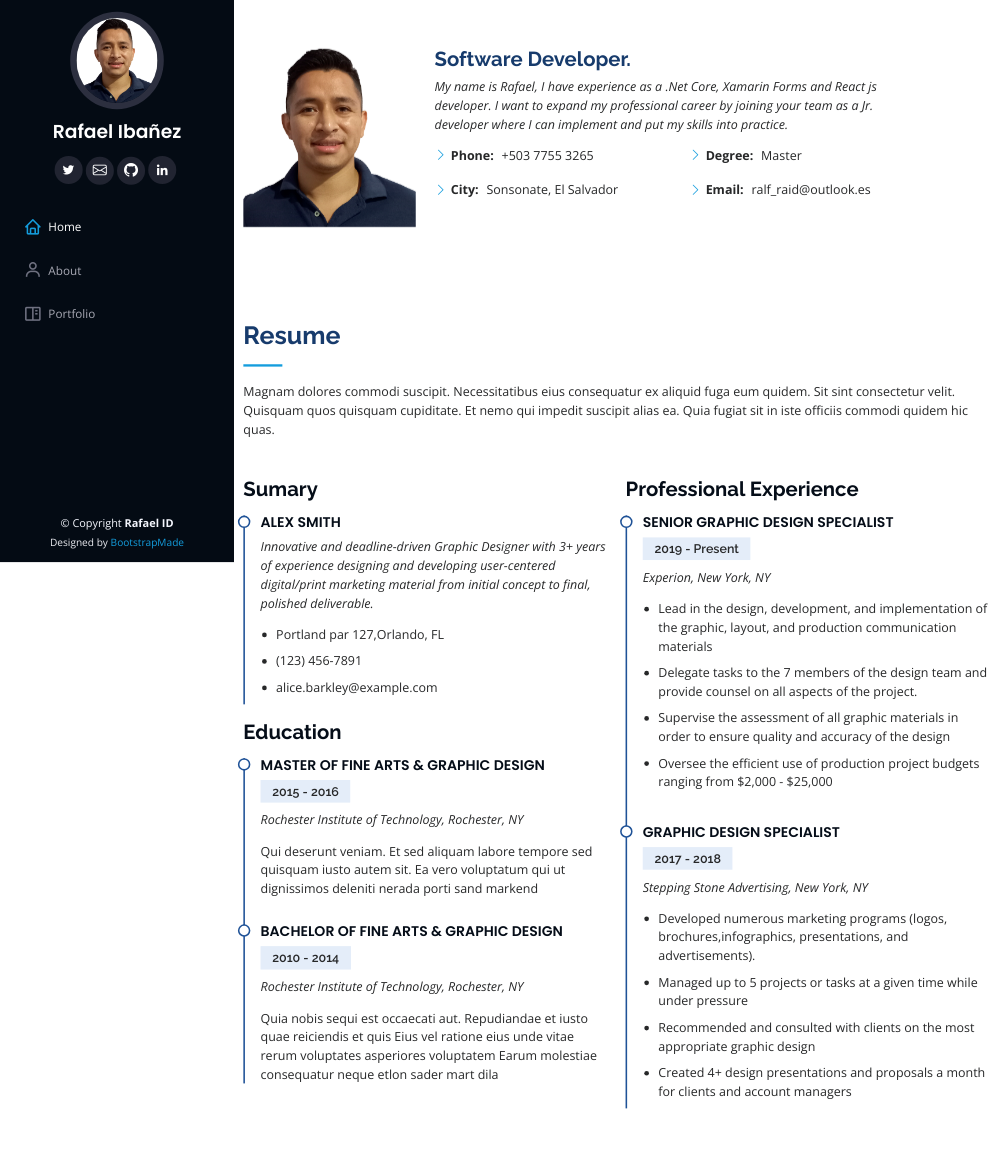
Repository: ralfId/myportfolio
Page: /about
The author's editor kept a copy of each file at every save. The page is drawn from the files as they stood at one save, then again after the next save.
The browser window is 1280 px wide. The pictures show the whole page, at 78% of full size.
The project was rebuilt for these pictures with package versions that can differ from the ones it lists, and the page was loaded fresh each time. Also part of the build but not shown: src/components/Home.js, src/data/projects.js, src/components/Projects/ProjectItem.js, src/components/Projects/ProjectIndex.js, src/helpers/ProjectById.js, src/components/Projects/ProjectDetail.js.

Above is the page before, as saved 2021-09-20 19:08:23.

### public/index.html
<!DOCTYPE html>
<html lang="en">

<head>
  <meta charset="utf-8" />
  <link rel="icon" href="%PUBLIC_URL%/favicon.ico" />
  <meta name="viewport" content="width=device-width, initial-scale=1" />
  <meta name="theme-color" content="#000000" />
  <meta name="description" content="Web site created using create-react-app" />
  <link rel="apple-touch-icon" href="%PUBLIC_URL%/logo192.png" />
  <link rel="manifest" href="%PUBLIC_URL%/manifest.json" />

  <!-- Google Fonts -->
  <link
    href="https://fonts.googleapis.com/css?family=Open+Sans:300,300i,400,400i,600,600i,700,700i|Raleway:300,300i,400,400i,500,500i,600,600i,700,700i|Poppins:300,300i,400,400i,500,500i,600,600i,700,700i"
    rel="stylesheet">

  <!-- Vendor CSS Files -->
  <link href="vendor/aos/aos.css" rel="stylesheet">
  <link href="vendor/bootstrap/css/bootstrap.min.css" rel="stylesheet">
  <link href="vendor/bootstrap-icons/bootstrap-icons.css" rel="stylesheet">
  <link href="vendor/boxicons/css/boxicons.min.css" rel="stylesheet">
  <link href="vendor/glightbox/css/glightbox.min.css" rel="stylesheet">
  <link href="vendor/swiper/swiper-bundle.min.css" rel="stylesheet">

  <!-- Template Main CSS File -->
  <link href="css/style.css" rel="stylesheet">
  <title>React App</title>

  <!-- =======================================================
  * Template Name: iPortfolio - v3.3.0
  * Template URL: https://bootstrapmade.com/iportfolio-bootstrap-portfolio-websites-template/
  * Author: BootstrapMade.com
  * License: https://bootstrapmade.com/license/
  ======================================================== -->
</head>

<body>
  <noscript>You need to enable JavaScript to run this app.</noscript>
  <div id="root"></div>
  <!--
      This HTML file is a template.
      If you open it directly in the browser, you will see an empty page.

      You can add webfonts, meta tags, or analytics to this file.
      The build step will place the bundled scripts into the <body> tag.

      To begin the development, run `npm start` or `yarn start`.
      To create a production bundle, use `npm run build` or `yarn build`.
    -->
 <!-- Vendor JS Files -->
 <script src="vendor/aos/aos.js" type="text/javascript"></script>
 <script src="vendor/bootstrap/js/bootstrap.bundle.min.js" type="text/javascript"></script>
 <script src="vendor/glightbox/js/glightbox.min.js" type="text/javascript"></script>
 <script src="vendor/isotope-layout/isotope.pkgd.min.js" type="text/javascript"></script>
 <script src="vendor/php-email-form/validate.js" type="text/javascript"></script>
 <script src="vendor/purecounter/purecounter.js" type="text/javascript"></script>
 <script src="vendor/swiper/swiper-bundle.min.js" type="text/javascript"></script>
 <script src="vendor/typed.js/typed.min.js" type="text/javascript"></script>
 <script src="vendor/waypoints/noframework.waypoints.js" type="text/javascript"></script>

 <!-- Template Main JS File -->
 <script src="js/main.js" type="text/javascript"></script>

</body>

</html>

### src/components/Resume.js
import React from "react";

export const Resume = ()=>{
    return(
        <>
        <section id="resume" class="resume">
      <div class="container">

        <div class="section-title">
          <h2>Resume</h2>
          <p>Magnam dolores commodi suscipit. Necessitatibus eius consequatur ex aliquid fuga eum quidem. Sit sint consectetur velit. Quisquam quos quisquam cupiditate. Et nemo qui impedit suscipit alias ea. Quia fugiat sit in iste officiis commodi quidem hic quas.</p>
        </div>

        <div class="row">
          <div class="col-lg-6" data-aos="fade-up">
            <h3 class="resume-title">Sumary</h3>
            <div class="resume-item pb-0">
              <h4>Alex Smith</h4>
              <p><em>Innovative and deadline-driven Graphic Designer with 3+ years of experience designing and developing user-centered digital/print marketing material from initial concept to final, polished deliverable.</em></p>
              <ul>
                <li>Portland par 127,Orlando, FL</li>
                <li>(123) 456-7891</li>
                <li>alice.barkley@example.com</li>
              </ul>
            </div>

            <h3 class="resume-title">Education</h3>
            <div class="resume-item">
              <h4>Master of Fine Arts &amp; Graphic Design</h4>
              <h5>2015 - 2016</h5>
              <p><em>Rochester Institute of Technology, Rochester, NY</em></p>
              <p>Qui deserunt veniam. Et sed aliquam labore tempore sed quisquam iusto autem sit. Ea vero voluptatum qui ut dignissimos deleniti nerada porti sand markend</p>
            </div>
            <div class="resume-item">
              <h4>Bachelor of Fine Arts &amp; Graphic Design</h4>
              <h5>2010 - 2014</h5>
              <p><em>Rochester Institute of Technology, Rochester, NY</em></p>
              <p>Quia nobis sequi est occaecati aut. Repudiandae et iusto quae reiciendis et quis Eius vel ratione eius unde vitae rerum voluptates asperiores voluptatem Earum molestiae consequatur neque etlon sader mart dila</p>
            </div>
          </div>
          <div class="col-lg-6" data-aos="fade-up" data-aos-delay="100">
            <h3 class="resume-title">Professional Experience</h3>
            <div class="resume-item">
              <h4>Senior graphic design specialist</h4>
              <h5>2019 - Present</h5>
              <p><em>Experion, New York, NY </em></p>
              <ul>
                <li>Lead in the design, development, and implementation of the graphic, layout, and production communication materials</li>
                <li>Delegate tasks to the 7 members of the design team and provide counsel on all aspects of the project. </li>
                <li>Supervise the assessment of all graphic materials in order to ensure quality and accuracy of the design</li>
                <li>Oversee the efficient use of production project budgets ranging from $2,000 - $25,000</li>
              </ul>
            </div>
            <div class="resume-item">
              <h4>Graphic design specialist</h4>
              <h5>2017 - 2018</h5>
              <p><em>Stepping Stone Advertising, New York, NY</em></p>
              <ul>
                <li>Developed numerous marketing programs (logos, brochures,infographics, presentations, and advertisements).</li>
                <li>Managed up to 5 projects or tasks at a given time while under pressure</li>
                <li>Recommended and consulted with clients on the most appropriate graphic design</li>
                <li>Created 4+ design presentations and proposals a month for clients and account managers</li>
              </ul>
            </div>
          </div>
        </div>

      </div>
    </section>
        </>
    )
}

Loaded but not shown: src/index.js (common file); public/vendor/aos/aos.css (library); public/vendor/bootstrap/css/bootstrap.min.css (library); public/vendor/bootstrap-icons/bootstrap-icons.css (library); public/vendor/boxicons/css/boxicons.min.css (library); public/vendor/glightbox/css/glightbox.min.css (library); public/vendor/swiper/swiper-bundle.min.css (library); public/vendor/aos/aos.js (library); public/vendor/bootstrap/js/bootstrap.bundle.min.js (library); public/vendor/glightbox/js/glightbox.min.js (library); public/vendor/isotope-layout/isotope.pkgd.min.js (library); public/vendor/php-email-form/validate.js (common file); public/vendor/purecounter/purecounter.js (library); public/vendor/swiper/swiper-bundle.min.js (library); public/vendor/typed.js/typed.min.js (library); public/vendor/waypoints/noframework.waypoints.js (library); public/js/main.js (267 lines, source omitted); src/components/About.js (43 lines, source omitted); src/components/Nav.js (48 lines, source omitted); src/routers/AppRouter.js (33 lines, source omitted); src/components/Footer.js (16 lines, source omitted); src/Portfolio.js (10 lines, source omitted); public/css/style.css (1154 lines, source omitted)

After the next save:
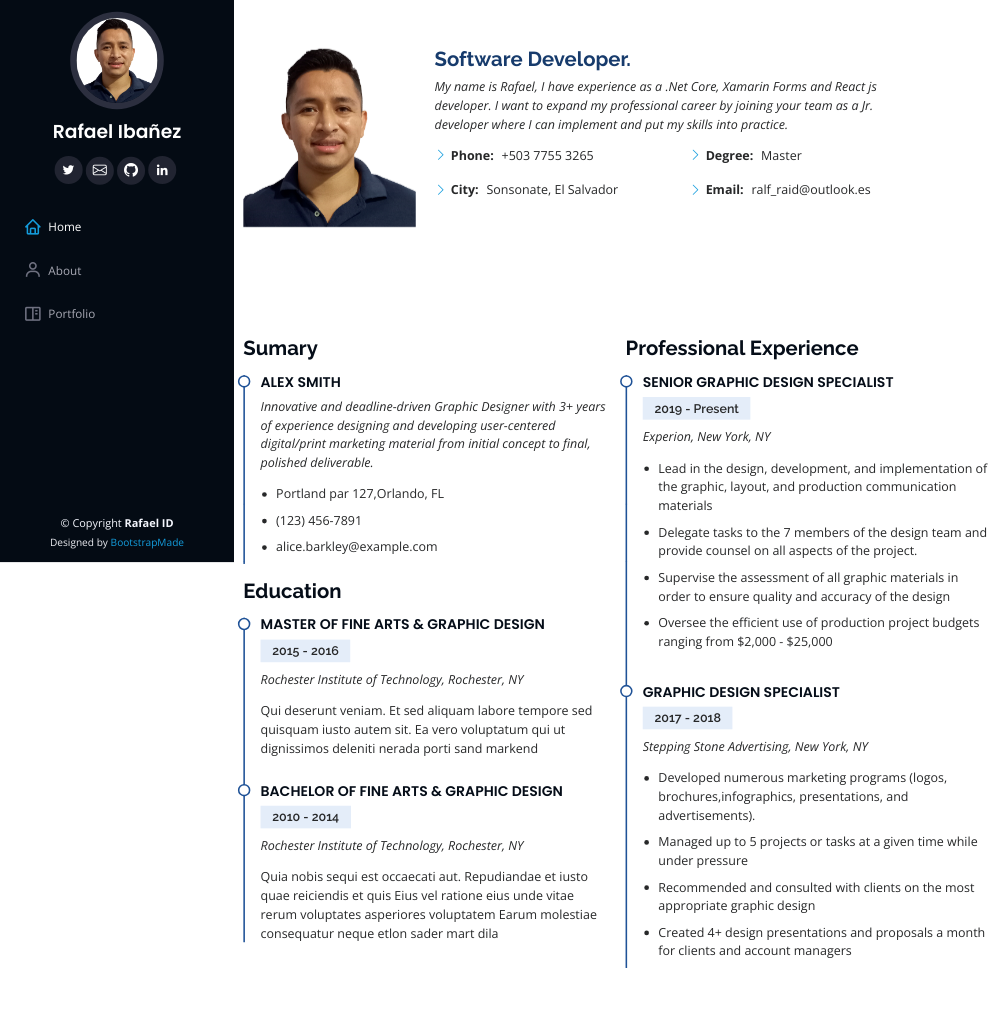
Saved 28 s later.
--- a/src/components/Resume.js
+++ b/src/components/Resume.js
@@ -5,11 +5,6 @@ export const Resume = ()=>{
         <>
         <section id="resume" class="resume">
       <div class="container">
-
-        <div class="section-title">
-          <h2>Resume</h2>
-          <p>Magnam dolores commodi suscipit. Necessitatibus eius consequatur ex aliquid fuga eum quidem. Sit sint consectetur velit. Quisquam quos quisquam cupiditate. Et nemo qui impedit suscipit alias ea. Quia fugiat sit in iste officiis commodi quidem hic quas.</p>
-        </div>
 
         <div class="row">
           <div class="col-lg-6" data-aos="fade-up">
